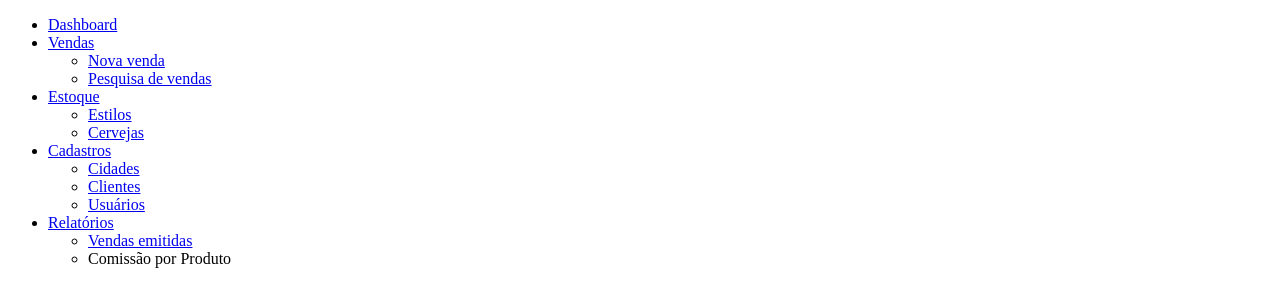
Repository: PedroMazocco/Brewer
Page: http://localhost/layout/fragments/MenuLateral
These files come from the project's save history. The page is drawn as it stood at one moment and after the next save; the edit follows.
The browser window is 1280 px wide. The pictures show the whole page.
The page is this project's Thymeleaf template; nobody is signed in. The template is opened directly, without the code that normally fills it, so the values that code supplies are empty.

Above is the page before, as saved 2024-10-13 17:37:39.

After the next save:
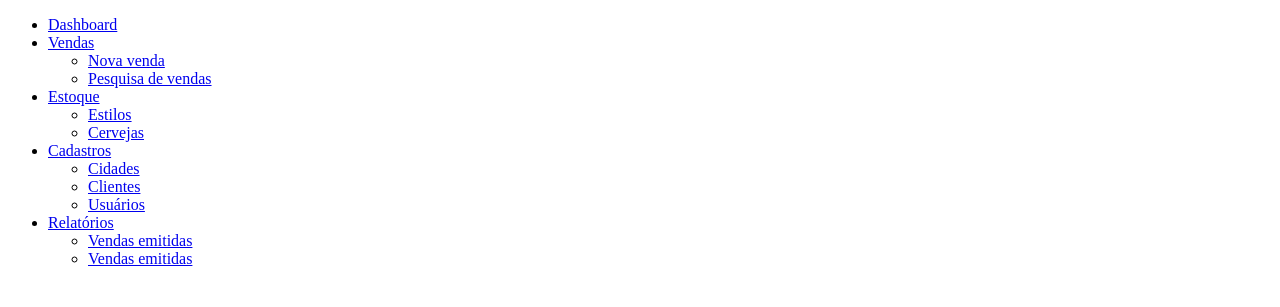
Saved 42 s later.
--- a/brewer/src/main/resources/templates/layout/fragments/MenuLateral.html
+++ b/brewer/src/main/resources/templates/layout/fragments/MenuLateral.html
@@ -77,9 +77,7 @@
 			            	<a th:href="@{/relatorios/vendasEmitidas}">Vendas emitidas</a>
 			            </li>
 			            <li class="aw-menu__item  aw-menu__item--link" brewer:menu="@{/relatorios.*}">
-			            	<form method="POST" th:action="@{/relatorios/comissaoProdutos}" target="_blank">
-								<a>Comiss&atilde;o por Produto</a>
-							</form>
+			            	<a th:href="@{/relatorios/comissaoProdutos}">Vendas emitidas</a>
 			            </li>
           			</ul>
         		</li>
